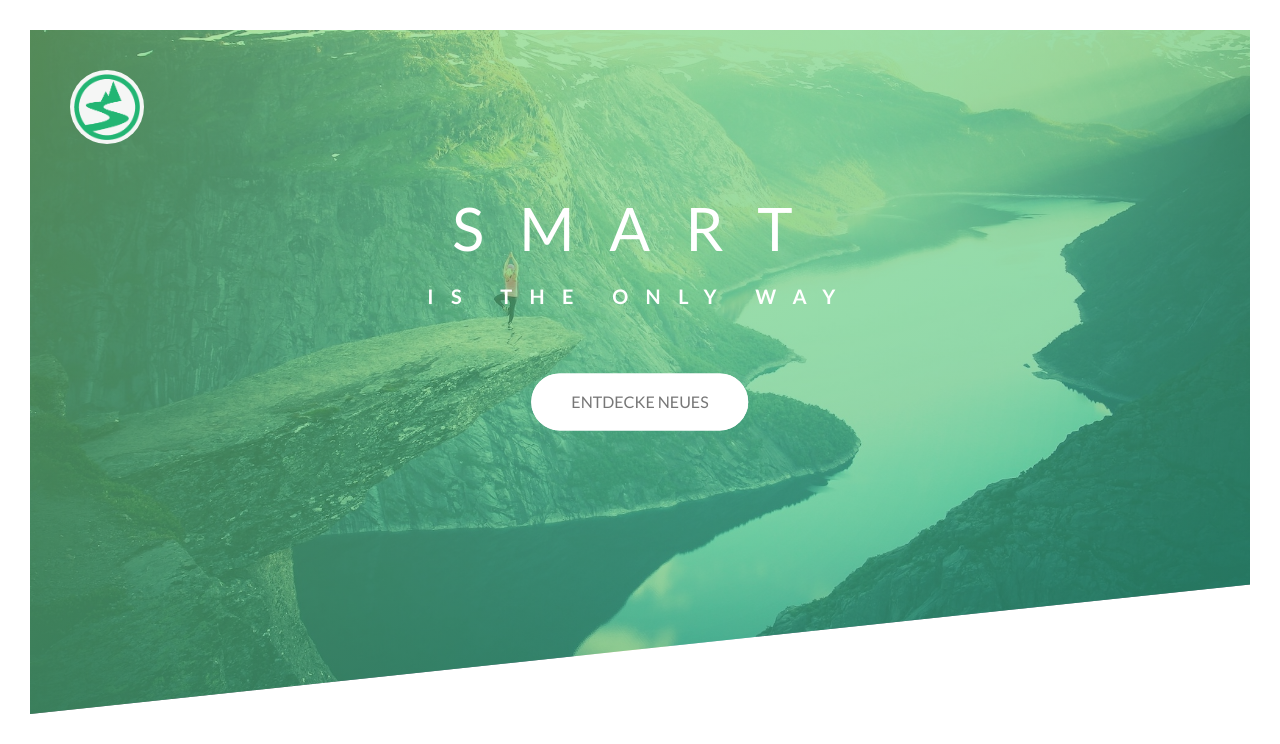
Repository: mukiSabljakovic/NatoursV1
Page: index.html
The author's editor kept a copy of each file at every save. The page is drawn from the files as they stood at one save, then again after the next save.
The browser window is 1280 px wide. The pictures show the whole page.
Some web libraries are served in a nearby version.

Above is the page before, as saved 2020-05-11 16:38:35.

### index.html
<!DOCTYPE html>
<html lang="en">
    <head>
        <meta charset="UTF-8">
        <meta name="viewport" content="width=device-width, initial-scale=1.0">

        <link href="https://fonts.googleapis.com/css?family=Lato:100,300,400,700,900" rel="stylesheet">

        <link rel="stylesheet" href="https://use.fontawesome.com/releases/v5.13.0/css/all.css" integrity="sha384-Bfad6CLCknfcloXFOyFnlgtENryhrpZCe29RTifKEixXQZ38WheV+i/6YWSzkz3V" crossorigin="anonymous">
        <link rel="stylesheet" href="style.css">
        <link rel="stylesheet" href="css/style.css">
        <link rel="shortcut icon" type="image/png" href="img/favicon.png">

        <title>Natours | Exciting tours for adventurous people</title>
    </head>
    <body>
       <header class="header">
           <div class="logo-box">
               <img class="logo" src="img/logo.png" alt="Natours Logo">
           </div>

           <div class="text-box">
               <h1 class="heading-primary">
                   <span class="heading-primary-main">Smart</span>
                   <span class="heading-primary-sub">is the only way</span>
               </h1>
               <a href="#" class="btn btn-white btn-animated">Entdecke neues</a>
           </div>

       </header>

    </body>
</html>

### css/style.css
@import url('https://fonts.googleapis.com/css2?family=Lato:wght@300;400;900&display=swap');

/*
COLORS:

Light green: #7ed56f
Medium green: #55c57a
Dark green: #28b485

*/

/* Basic Reset */


* {
    margin: 0;
    padding: 0;
    box-sizing: border-box;
}

body {
    font-family: 'Lato', sans-serif;
    font-weight: 400;
    font-size: 16px;
    line-height: 1.7;
    color: #777;
    padding: 1.875rem;
}

.header {
    height: 95vh;
    background-image: linear-gradient(
        to right bottom,
        rgba(126, 213, 111, .6),
        rgba(40, 180, 133, .6)),
        url(../img/hero.jpg);
    background-size: cover;
    background-position: top;

    clip-path: polygon(0 0, 100% 0, 100% 77vh, 0 100%);
    position: relative;
}

.logo-box {
    position: absolute;
    top: 40px;
    left: 40px;
    background: rgb(245, 246, 245);
    border-radius: 100%;
    display: flex;
    padding: 4px;
}

.logo {
    height: 66px;
}

.text-box {
    position: absolute;
    top: 40%;
    left: 50%;
    transform: translate(-50%, -50%);
    text-align: center;
}

.heading-primary {
    color: #fff;
    text-transform: uppercase;

    /* Fix animation shaking */
    backface-visibility: hidden;
    margin-bottom: 60px;
}

.heading-primary-main {
    display: block;
    font-size: 3.75rem;
    font-weight: 400;
    letter-spacing: 2.1875rem;

    animation-name: moveInLeft;
    animation-duration: 1s;
    animation-timing-function: ease-out;
}

.heading-primary-sub {
    display: block;
    font-size: 1.25rem;
    font-weight: 700;
    letter-spacing: 1.0875rem;

    animation: moveInRight 1s ease-out;
}

@keyframes moveInLeft {
    0% {
        opacity: 0;
        transform: translateX(-100%);
    }

    80% {
        transform: translateX(10px);
    }

    100% {
        opacity: 1;
        trannsform: translate(0);
    }
}

@keyframes moveInRight {
    0% {
        opacity: 0;
        transform: translateX(100%);
    }

    80% {
        transform: translateX(-10px);
    }

    100% {
        opacity: 1;
        transform: translate(0);
    }
}

@keyframes moveInBottom {
    0% {
        opacity: 0;
        transform: translateY(-30px);
    }

    100% {
        opacity: 1;
        transform: translate(0);
    }
}

.btn:link,
.btn:visited {
    text-transform: uppercase;
    text-decoration: none;
    padding: 15px 40px;
    display: inline-block;
    border-radius: 100px;
    transition: all .2s;
}

.btn:hover {
    transform: translateY(-3px);
    box-shadow: 0 10px 20px rgba(0, 0, 0, .2);
}

.btn:active {
    transform: translateY(-1px);
    box-shadow: 0 10px 10px rgba(0, 0, 0, .2);
}

.btn-white {
    background-color: #fff;
    color: #777;
    position: relative;
}

.btn::after {
    content: "";
    display: inline-block;
    height: 100%;
    width: 100%;
    border-radius: 100px;
    position: absolute;
    top: 0;
    left: 0;
    z-index: -1;
    transition: all .2s;
}

.btn-white::after {
    background-color: #fff;
}

.btn:hover::after {
    transform: scaleX(1.4) scaleY(1.6);
    opacity: 0;
}

.btn-animated {
    animation: moveInBottom .5s ease-out .75s;
    animation-fill-mode: backwards;
}

After the next save:
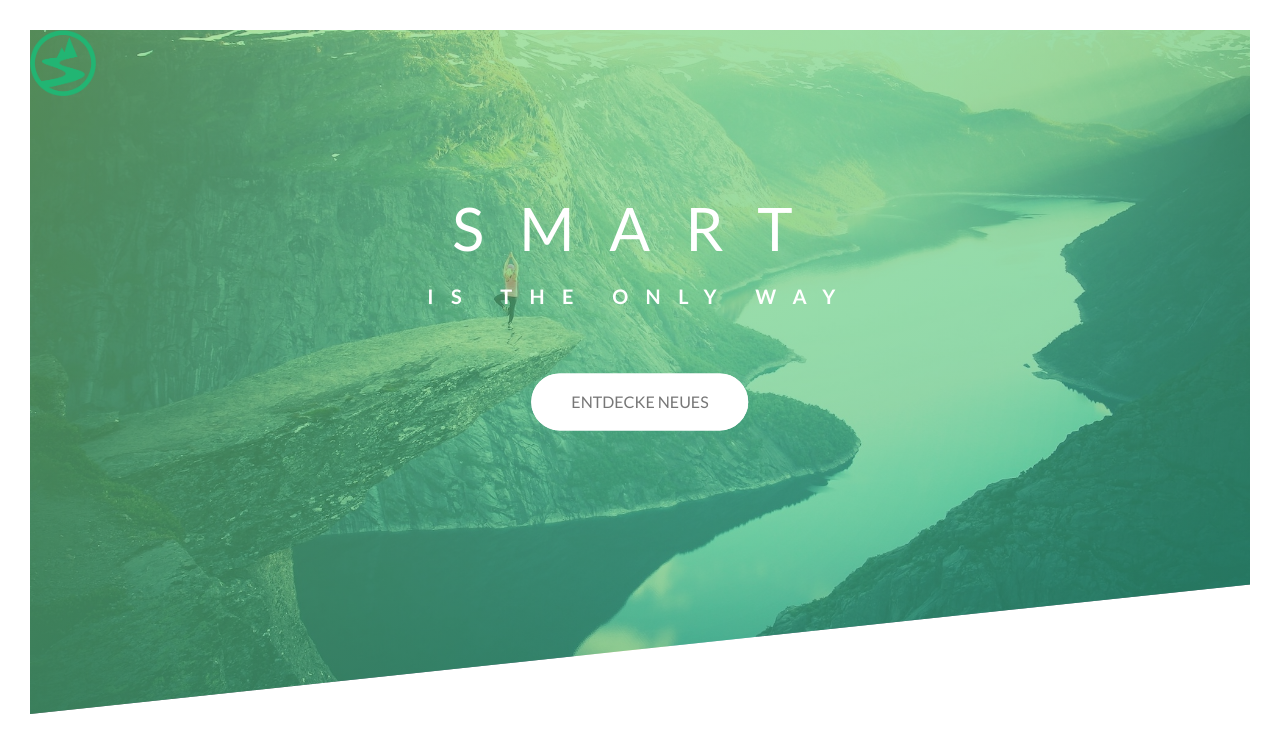
Saved 75 s later.
--- a/index.html
+++ b/index.html
@@ -15,7 +15,7 @@
     </head>
     <body>
        <header class="header">
-           <div class="logo-box">
+           <div class="header__logo-box">
                <img class="logo" src="img/logo.png" alt="Natours Logo">
            </div>
 
